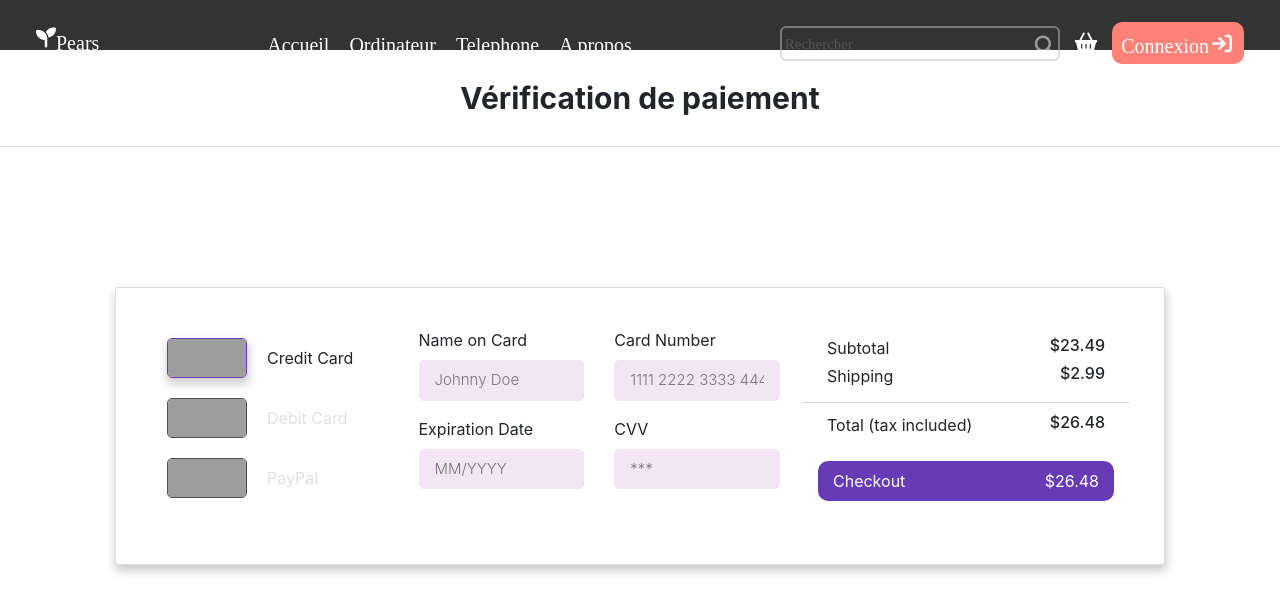
Repository: Kakouuu/PPE1-iPear
Page: http://localhost/Stage/verifpaiement.php
These files come from the project's save history. The page is drawn as it stood at one moment and after the next save; the edit follows.
The browser window is 1280 px wide. The pictures show the whole page.
Pictures or frames that could not be fetched are drawn as grey boxes. Some web libraries are served in a nearby version. The page is run by PHP 8.4 with error messages shown; the project is at /var/www/html/.

Above is the page before, as saved 2023-04-28 15:05:39.

### verifpaiement.php
<!DOCTYPE html>
<html lang="en">

<?php
    session_start();
    include "nav.php";
    ?>

<head>
    <meta charset="UTF-8">
    <title>Checkout</title>
    <link rel="stylesheet" href="css/verifpaiement.css">
    <link rel="stylesheet" href="https://stackpath.bootstrapcdn.com/bootstrap/4.3.1/css/bootstrap.min.css">
    <link rel="stylesheet" href="https://stackpath.bootstrapcdn.com/bootstrap/4.3.1/js/bootstrap.bundle.min.js">
    <link rel="stylesheet" href="https://cdnjs.cloudflare.com/ajax/libs/font-awesome/5.10.0-11/css/all.min.css">
    <script rel="stylesheet" href="https://cdnjs.cloudflare.com/ajax/libs/jquery/3.2.1/jquery.min.js"></script>
    <script src="js/store.js"></script>
</head>

<body>


    <h3 class="title">Vérification de paiement</h3>
    <hr>

    <div class="row justify-content-center" style="margin:100px">
        <div class="col-lg-12">
            <div class="card">
                <div class="row">
                    <div class="col-lg-3 radio-group">
                        <div class="row d-flex px-3 radio"> <img class="pay" src="https://i.imgur.com/WIAP9Ku.jpg">
                            <p class="my-auto">Credit Card</p>
                        </div>
                        <div class="row d-flex px-3 radio gray"> <img class="pay" src="https://i.imgur.com/OdxcctP.jpg">
                            <p class="my-auto">Debit Card</p>
                        </div>
                        <div class="row d-flex px-3 radio gray mb-3"> <img class="pay" src="https://i.imgur.com/cMk1MtK.jpg">
                            <p class="my-auto">PayPal</p>
                        </div>
                    </div>
                    <div class="col-lg-5">
                        <div class="row px-2">
                            <div class="form-group col-md-6"> <label class="form-control-label">Name on Card</label> <input type="text" id="cname" name="cname" placeholder="Johnny Doe"> </div>
                            <div class="form-group col-md-6"> <label class="form-control-label">Card Number</label> <input type="text" id="cnum" name="cnum" placeholder="1111 2222 3333 4444"> </div>
                        </div>
                        <div class="row px-2">
                            <div class="form-group col-md-6"> <label class="form-control-label">Expiration Date</label> <input type="text" id="exp" name="exp" placeholder="MM/YYYY"> </div>
                            <div class="form-group col-md-6"> <label class="form-control-label">CVV</label> <input type="text" id="cvv" name="cvv" placeholder="***"> </div>
                        </div>
                    </div>
                    <div class="col-lg-4 mt-2">
                        <div class="row d-flex justify-content-between px-4">
                            <p class="mb-1 text-left">Subtotal</p>
                            <h6 class="mb-1 text-right">$23.49</h6>
                        </div>
                        <div class="row d-flex justify-content-between px-4">
                            <p class="mb-1 text-left">Shipping</p>
                            <h6 class="mb-1 text-right">$2.99</h6>
                        </div>
                        <div class="row d-flex justify-content-between px-4" id="tax">
                            <p class="mb-1 text-left">Total (tax included)</p>
                            <h6 class="mb-1 text-right">$26.48</h6>
                        </div> <button class="btn-block btn-blue"> <span> <span id="checkout">Checkout</span> <span id="check-amt">$26.48</span> </span> </button>
                    </div>
                </div>
            </div>
        </div>
    </div>
    </div>

### nav.php
<!DOCTYPE html>
<head>
    <meta charset="UTF-8">
    <meta http-equiv="X-UA-Compatible" content="IE  =edge">
    <link rel="stylesheet" href="css/styles.css">
    <link rel="stylesheet" href="css/footer.css">

    <script src="https://kit.fontawesome.com/db2bf29261.js" crossorigin="anonymous"></script>
    <script src="https://cdnjs.cloudflare.com/ajax/libs/jquery/3.6.0/jquery.min.js"></script>
    <script src="https://ajax.googleapis.com/ajax/libs/jquery/3.6.0/jquery.min.js"></script>
    <script src="js/store.js" ></script>
</head>
<?php

require_once "db.php";

if (isset($_SESSION['ID'])) {

    $sqla = 'SELECT * FROM `utilisateurs` where `ID_user`=' . $_SESSION['ID'];
    $resulta = mysqli_query($mysqli, $sqla);

    while (($row = mysqli_fetch_array($resulta))) {

        $prenom = $row["Prenom"];
    }


?>




<div class="welcome">Bonjour <?= $prenom; ?> !</div>



<?php
}


?>



<nav class="navbar" style="height: 50px !important;">


    <div>
        <a class="logo" href="index.php"><i class="fa-solid fa-seedling"></i> Pears</a>
    </div>


    <ul class="navbar_container">
        <li><a href="index.php" class="type">Accueil</a></li>
        <li class="services"><a href="#" title="" class="type">Ordinateur</a>
            <ul class="sous-menu">
                <li><a href="pagelegume.php?id=Portable" title="" class="type_sous">PC Portable</a></li>
                <li><a href="pagelegume.php?id=PC_Fixe" title="" class="type_sous">PC Fixe</a></li>
            </ul>
        <li class="services"><a href="#" title="" class="type">Telephone</a>
            <ul class="sous-menu">
                <li><a href="pagelegume.php?id=Samsung" title="" class="type_sous">Samsung</a></li>
                <li><a href="pagelegume.php?id=Iphone" title="" class="type_sous">Iphone</a></li>
                <li><a href="pagelegume.php?id=Huawei" title="" class="type_sous">Huawei</a></li>
            </ul>
        <li><a href="index.php" class="type">A propos</a></li>
    </ul>


    <span class="cotedroit">
      <span class="search">
            <input autocomplete="off" type="search" onkeyup="manakey(event)" oninput="salut()" name="Rechercher"
                   class="searchbar_container" placeholder="Rechercher">
            <span style="cursor: pointer;" onclick='sendad()'><i class="fa-solid fa-magnifying-glass"></i></span>
        </span>


<div class="search_prod"></div>







            <a href="test.php" class="item"><i class="fa-solid fa-basket-shopping"></i></a>

            <a href="login.php" class="log" id="co">Connexion <i class="fa-solid fa-arrow-right-to-bracket"></i> </a>


            <li class="user" id="profil"><a href="#" title="" class="type"><i class="fa-solid fa-user" name="deconnecte"></i></a>
            <ul class="user_sous">
                <li><a href="profil.php" title="" class="user_container">Profil</a></li>

                <li><a class="user_container" href="suppression.php">Deconnexion</a></li>



    </span>





    <script>
        function sendad() {
            var mot = document.getElementsByName('Rechercher')[0].value;
            console.log(mot)
            window.location = 'traitement.php?Rechercher=' + mot;
        }

        function manakey(e) {
            if (e.keyCode == 13) {
                sendad();
            }
            var clientHeight = document.querySelector('.search_prod').clientHeight;
            console.log(clientHeight);

            if (clientHeight < 356) {
                document.querySelector(".plus").style.display = "none";
            }
        }

        function salut() {
            let display = document.querySelector('.search_prod').style.display = 'block';
            var mot = document.getElementsByName('Rechercher')[0].value;
            console.log(mot)

            if(mot != "" ){
                $.post("recherche.php", {mot : mot}, function(data){
                    $('.search_prod').html(data);
                });
            }else
                document.querySelector(".search_prod").style.display ="none";
        }


        function remouve(e) {
            if (e.keyCode == 8) {
                let display = document.querySelector('.search_prod').style.display = 'none';
            }
        }




    </script>



    <div class="navbar__toggle" onclick="openOrClose()" id="mobile-menu">
        <div class="tirait">
            <span class="tirait_sous"></span>
            <span class="tirait_sous"></span>
            <span class="tirait_sous"></span>
        </div>
    </div>
</nav>
<ul class="navbar_container2">
    <li class="services2"><a href="#" title="" class="type2">Ordinateur</a>
        <ul class="sous-menu2">
            <li><a href="pagelegume.php?id=Portable" title="" class="type_sous2">PC Portable</a></li>
            <li><a href="pagelegume.php?id=Portable" title="" class="type_sous2">PC Fixe</a></li>
        </ul>
    <li class="services2"><a href="#" title="" class="type2">Telephone</a>
        <ul class="sous-menu2">
            <li><a href="pagelegume.php?id=Légume Fleurs" title="" class="type_sous2">Samsung</a></li>
            <li><a href="pagelegume.php?id=Légume Fleurs" title="" class="type_sous2">Iphone</a></li>
            <li><a href="pagelegume.php?id=Légume Fleurs" title="" class="type_sous2">Huawei</a></li>
        </ul>
</ul>

<?php
if(isset($_SESSION['ID'])){
    ?>
    <script>
    document.getElementById('co').style.display = 'none';
    document.getElementById('profil').style.display = 'block';
    </script>

<?php
}





?>


<form method="post" action="suppression.php" id="form">
       <input type="hidden" id="cache" name="cache"/>
    </form>
<script src="app.js"></script>

### db.php
<?php
$mysqli = mysqli_connect('localhost', 'root', '', 'pcbdd');
mysqli_query($mysqli, "SET NAMES utf8");
?>

### css/footer.css
/* Footer section */

.push{
    height: 800px;
}

.pdp {
    display: inline-block;
    bottom: 0;
    width: 100%;
    background-color: #333333;
}


.pdp_info {
    background-color: #333333;
    display: flex;
    height: 390px;
    justify-content: center;
}

.fa-facebook, .fa-twitter, .fa-linkedin, .fa-instagram {
    color: white;
    opacity: 0.6;
    padding-left: 10px;
    padding-right: 10px;
    margin-top: 3px;
    justify-content: center;
    font-size: 1.1rem;
}

.fa-facebook {
    padding-left: 45%;
}
.fa-envelope{
    padding: 7px;
    text-align: center;
    color: black;

}

a:link {
    text-decoration: none;
}

.item2 {
    display: block;
    margin: 5px;
    text-decoration: none;
    list-style: none;
    color: white;
    padding: 5px;

}

.item1 {
    display: block;
    margin: 5px;
    text-decoration: none;
    list-style: none;
    color: white;
    padding: 5px;

}


.mention {
    background-color: #272727;
    color: white;
    opacity: 0.5;
}

@media screen and (max-width: 909px){
    .item2{
        display: block;
        font-size: 1.1rem;
        text-align: center;
    }
}


.input-icons i {
    position: absolute;
}

.input-field {
    height: 30px;
    width: 200px;
    padding-left:30px;
    text-align: center;
}

.validate{
    height: 30px;
    color: white;
    background-color: #333333;
    cursor: pointer;
}

.validate:hover{
    background-color: #50C878;
}

.infosite{
    color: white;

}

### css/verifpaiement.css
.title{
    text-align: center;
    font-size: 30px;
    font-weight: bold;
    margin : 30px;
}


.plus-minus {
    position: relative;
}

.plus {
    position: absolute;
    top: -4px;
    left: 2px;
    cursor: pointer;
}

.minus {
    position: absolute;
    top: 8px;
    left: 5px;
    cursor: pointer;
}

.vsm-text:hover {
    color: #FF5252;
}

.card {
    margin: 40px 0px;
    padding: 40px 50px;
    border-radius: 20px;
    border: none;
    box-shadow: 1px 5px 10px 1px rgba(0,0,0,0.2);
}

input, textarea {
    background-color: #F3E5F5;
    padding: 8px 15px 8px 15px;
    width: 100%;
    border-radius: 5px !important;
    box-sizing: border-box;
    border: 1px solid #F3E5F5;
    font-size: 15px !important;
    color: #000 !important;
    font-weight: 300;
}

input:focus, textarea:focus {
    -moz-box-shadow: none !important;
    -webkit-box-shadow: none !important;
    box-shadow: none !important;
    border: 1px solid #9FA8DA;
    outline-width: 0;
    font-weight: 400;
}

button:focus {
    -moz-box-shadow: none !important;
    -webkit-box-shadow: none !important;
    box-shadow: none !important;
    outline-width: 0;
}

.pay {
    width: 80px;
    height: 40px;
    border-radius: 5px;
    border: 1px solid #673AB7;
    margin: 10px 20px 10px 0px;
    cursor: pointer;
    box-shadow: 1px 5px 10px 1px rgba(0,0,0,0.2);
}

.gray {
    -webkit-filter: grayscale(100%);
    -moz-filter: grayscale(100%);
    -o-filter: grayscale(100%);
    -ms-filter: grayscale(100%);
    filter: grayscale(100%);
    color: #E0E0E0;
}

.gray .pay {
    box-shadow: none;
}

#tax {
    border-top: 1px lightgray solid;
    margin-top: 10px;
    padding-top: 10px;
}

.btn-blue {
    border: none;
    border-radius: 10px;
    background-color: #673AB7;
    color: #fff;
    padding: 8px 15px;
    margin: 20px 0px;
    cursor: pointer;
}

.btn-blue:hover {
    background-color: #311B92;
    color: #fff;
}

#checkout {
    float: left;
}

#check-amt {
    float: right;
}

@media screen and (max-width: 768px) {
    .book, .book-img {
        width: 100px;
        height: 150px;
    }

    .card {
        padding-left: 15px;
        padding-right: 15px;
    }

    .mob-text {
        font-size: 13px;
    }

    .pad-left {
        padding-left: 20px;
    }
}

Loaded but not shown: js/store.js (27 lines, source omitted); app.js (4 lines, source omitted); css/styles.css (824 lines, source omitted)

After the next save:
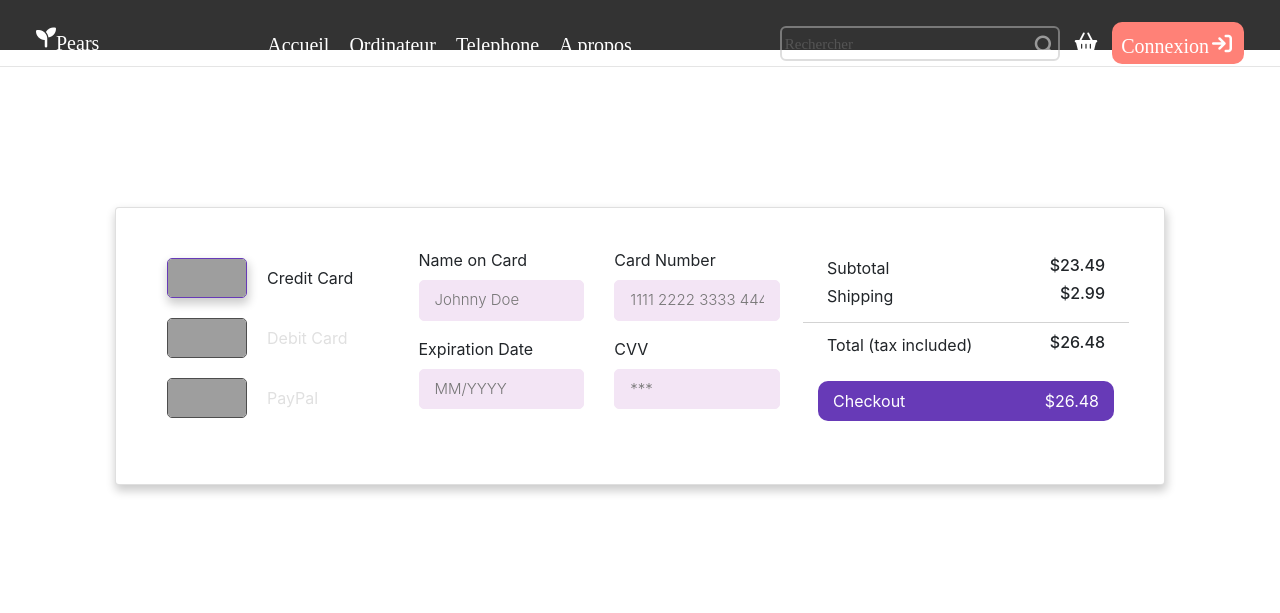
Saved 4 min 3 s later.
--- a/verifpaiement.php
+++ b/verifpaiement.php
@@ -20,7 +20,6 @@
 <body>
 
 
-    <h3 class="title">Vérification de paiement</h3>
     <hr>
 
     <div class="row justify-content-center" style="margin:100px">
